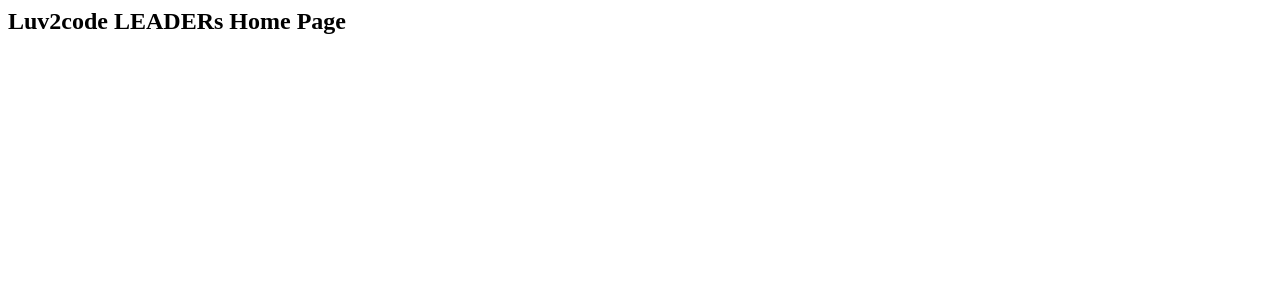
Repository: JT12s/Ecllipse-SpringPrcaticeProject
Page: http://localhost/spring-security-demo-07-user-roles/leaders
These files come from the project's save history. The page is drawn as it stood at one moment and after the next save; the edit follows.
The browser window is 1280 px wide. The pictures show the whole page.
The page is served by Tomcat 9.

Above is the page before, as saved 2022-08-07 00:36:41.

After the next save:
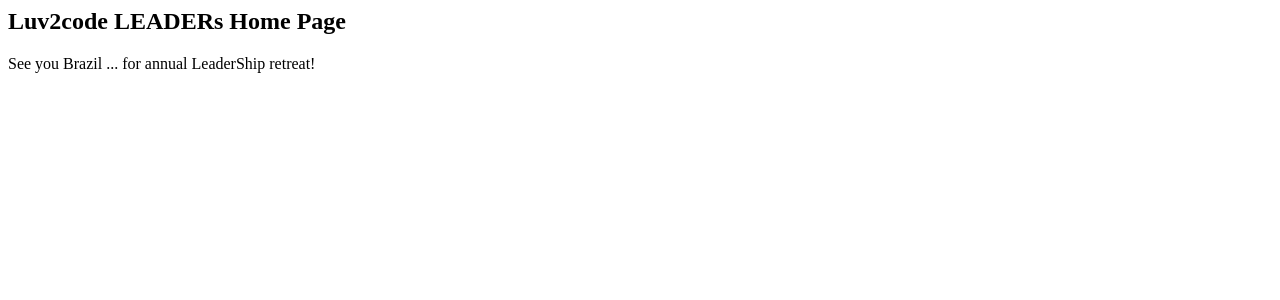
Saved 21 s later.
--- a/spring-security-demo-07-user-roles/src/main/webapp/WEB-INF/view/leaders.jsp
+++ b/spring-security-demo-07-user-roles/src/main/webapp/WEB-INF/view/leaders.jsp
@@ -8,7 +8,7 @@
 <h2>Luv2code LEADERs Home Page</h2>
 
 <p>
-
+	See you Brazil ... for annual LeaderShip retreat!
 </p>
 </body>
 
